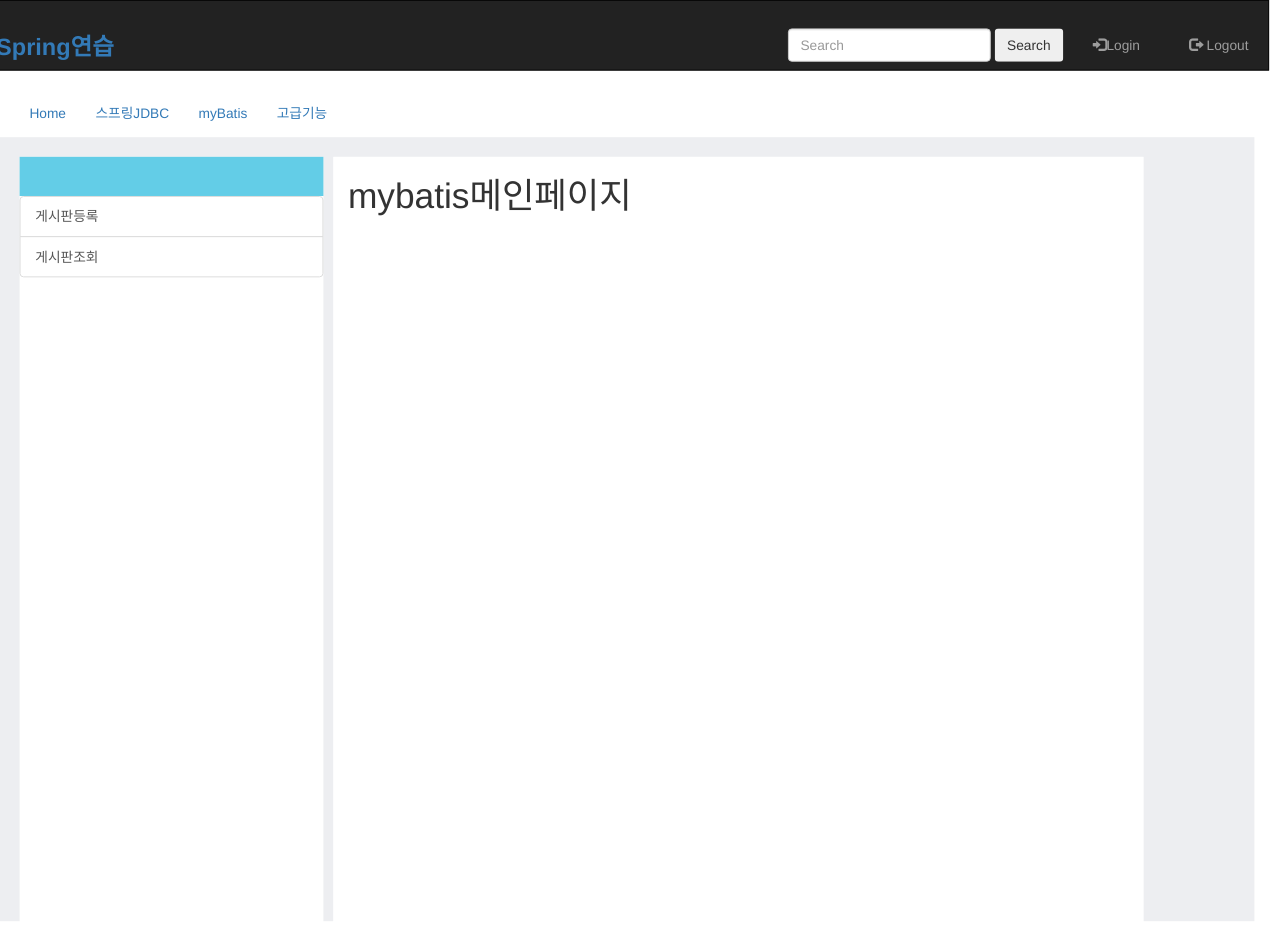
Repository: sonic247897/multicampus-sts
Page: http://localhost/springmvc/template/advancedLayout.jsp
An editor plug-in stored every save of this project. The page is shown before and after the next save, followed by the edit.
The browser window is 1280 px wide. The page is 1309 px wide, so the pictures cover 1309 px, including what lies to the right of the window. The pictures show the whole page, at 98% of full size.
The page is served by Tomcat 9. Other server files are loaded and not shown.

Above is the page before, as saved 2020-01-29 07:21:37.

### springmvc/WebContent/template/advancedLayout.jsp
<%@ page language="java" contentType="text/html; charset=UTF-8"
	pageEncoding="UTF-8"%>
<!DOCTYPE html>
<html>
<head>
<meta charset="UTF-8">
<meta name="viewport" content="width=device-width, initial-scale=1">

<link rel="stylesheet" href="/springmvc/resources/common/css/main.css" />
<link rel="stylesheet"
	href="https://maxcdn.bootstrapcdn.com/bootstrap/3.3.7/css/bootstrap.min.css">
<script
	src="https://ajax.googleapis.com/ajax/libs/jquery/3.3.1/jquery.min.js"></script>
<script
	src="https://maxcdn.bootstrapcdn.com/bootstrap/3.3.7/js/bootstrap.min.js"></script>
<style>
/* Remove the navbar's default margin-bottom and rounded borders */
.navbar {
	margin-bottom: 0;
	border-radius: 0;
}
/*  #toparea{
		padding: 30px;
	}  */
/* body{
		background-color: #edeef1
	} */
</style>
<title>Insert title here</title>
</head>
<body>
	<!-- 첫 번째 row  -->
	<div id="top" class="row">
		<jsp:include page="top.jsp"></jsp:include>

	</div>

	<!-- 두 번째 row -->
	<div style="background-color: #edeef1; padding: 20px; height: 800px">
		<!-- 3:8 화면분할  -->
		<div class="row" style="margin-left: auto; margin-right: auto;">
			<div class="col-sm-3"
				style="background-color: white; margin-right: 10px; padding: 0px">
				<div style="border-color: white; height: 800px;">
					<div
						style="background-color: #63cde7; padding: 20px; font-family: HY-견고딕; font-size: 16pt; color: white; font-weight: bolder;"></div>
					<jsp:include page="../menu/mybatis_menu.jsp"/>
				</div>
			</div>
			<div class="col-sm-8" style="background-color: white; height: 800px;">
				<jsp:include page="../mybatis/main.jsp"/>

			</div>
		</div>
	</div>
</body>
</html>

### springmvc/WebContent/template/top.jsp
<%@ page language="java" contentType="text/html; charset=UTF-8"
	pageEncoding="UTF-8"%>
<!DOCTYPE html>
<html>
<head>
<meta charset="UTF-8">
<meta name="viewport" content="width=device-width, initial-scale=1">
  <link rel="stylesheet" href="/springmvc/resources/common/css/main.css" />
  <link rel="stylesheet" href="https://maxcdn.bootstrapcdn.com/bootstrap/3.3.7/css/bootstrap.min.css">
  <script src="https://ajax.googleapis.com/ajax/libs/jquery/3.3.1/jquery.min.js"></script>
  <script src="https://maxcdn.bootstrapcdn.com/bootstrap/3.3.7/js/bootstrap.min.js"></script>
<style>
	/* Remove the navbar's default margin-bottom and rounded borders */
	.navbar {
		margin-bottom: 0;
		border-radius: 0;
	}
	/*  #toparea{
		padding: 30px;
	}  */
	/* body{
		background-color: #edeef1
	} */
</style>
<title>Insert title here</title>
</head>
<body>

	<div style="height:90px" style="padding:10px">
		<div id="toparea"  class="navbar navbar-inverse">
			<a href="#" style="position:absolute;top:30px;font-size: 18pt; font-weight: bolder;text-decoration: none;padding-left: 10px">Spring연습</a>
			<ul class="nav navbar-nav navbar-right"
			 style="position:relative ;top:20px" >
					<li style="margin-right: 20px;height: 70px">
						<a href="/annotation/view/emp/loginView.do"><span class="glyphicon glyphicon-log-in">
							</span>Login</a></li>
					<li style="margin-right: 20px;height: 70px"><a href="/annotation/emp/logout.do"><span class="glyphicon glyphicon-log-out"></span>
								Logout</a></li>
			</ul>



			<form class="navbar-form pull-right" style="position:relative ;top:20px">
				<input class="form-control mr-sm-2" type="search"
					placeholder="Search" aria-label="Search">
				<button class="btn btn-outline-success my-2 my-sm-0" type="submit">Search</button>

			</form>

		</div>

	</div>
	<nav>
	<div class="container-fluid">
			<div class="collapse navbar-collapse" id="myNavbar">
				<ul class="nav navbar-nav">
					<li class="active"><a href="/annotation/index.do">Home</a></li>
					<li><a href="/annotation/menu/jdbc.do">스프링JDBC</a></li>
					<li><a href="/springmvc/template/mybatisLayout.jsp">myBatis</a></li>
					<li><a href="/annotation/menu/advanced.do">고급기능</a></li>

				</ul>

			</div>
		</div>
	</nav>
</body>
</html>

### springmvc/WebContent/menu/mybatis_menu.jsp
<%@ page language="java" contentType="text/html; charset=UTF-8"
	pageEncoding="UTF-8"%>
<!DOCTYPE html>
<html>
<head>
<meta charset="UTF-8">
<title>Insert title here</title>
</head>
<body>
	<div class="list-group">
		<a href="/annotation/board/insertView.do"	class="list-group-item">게시판등록</a>
		<a href="/annotation/board/list.do?category=all" class="list-group-item">게시판조회</a>

	</div>
</body>
</html>

### springmvc/WebContent/mybatis/main.jsp
<%@ page language="java" contentType="text/html; charset=UTF-8"
    pageEncoding="UTF-8"%>
<!DOCTYPE html>
<html>
<head>
<meta charset="UTF-8">
<title>Insert title here</title>
</head>
<body>
	<h1>mybatis메인페이지</h1>
</body>
</html>

### springmvc/WebContent/common/css/main.css
@CHARSET "EUC-KR";

#banner-wrapper {
	margin-top: 50px;
	margin-left: 30px;
	margin-right: 30px;
}

table{
	border-collapse: collapse;

}
/* td{
	font-size: 9pt;
	border-top-style:solid;
	border-top-color: #dedddf;
	border-top-width: 1px;
	height: 40px;
	border-bottom-color: #dedddf;
	border-bottom-style: solid;
	border-bottom-width: 1px;
} */

th{
	background-color: #dedddf;

}
 .boardContent{
	width: 200px;
	height: 30px;
 }
 .boardDate{
	width: 100px;height: 30px
 }
.boardContent:HOVER {
	color: #63cde7
}

### springmvc/WebContent/menu/advanced_menu.jsp
<%@ page language="java" contentType="text/html; charset=UTF-8"
	pageEncoding="UTF-8"%>
<!DOCTYPE html>
<html>
<head>
<meta charset="UTF-8">
<title>Insert title here</title>
</head>
<body>
	<div class="list-group">
		<a href="/annotation/view/ajaxtest"	class="list-group-item">ajax테스트</a>
		<a href="/annotation/view/ajaxboard"	class="list-group-item">ajax게시판목록</a>
		<a href="/annotation/view/upload" class="list-group-item">파일업로드</a>
		<a href="/annotation/view/i18ntest" class="list-group-item">다국어지원</a>
		<a href="/annotation/view/transinsertView.do" class="list-group-item">트랜잭션처리</a>
		<a href="/annotation/advanced/testCookie.do?id=jang"
							class="list-group-item">쿠키테스트</a>

		<a href="/annotation/advanced/i18ntest.do?lang=ko">한국어</a>&nbsp;&nbsp;&nbsp;
		<a href="/annotation/advanced/i18ntest.do?lang=en">영어</a>&nbsp;&nbsp;&nbsp;
		<a href="/annotation/advanced/i18ntest.do?lang=jp">일본어</a>&nbsp;&nbsp;&nbsp;
	</div>
</body>
</html>

After the next save:
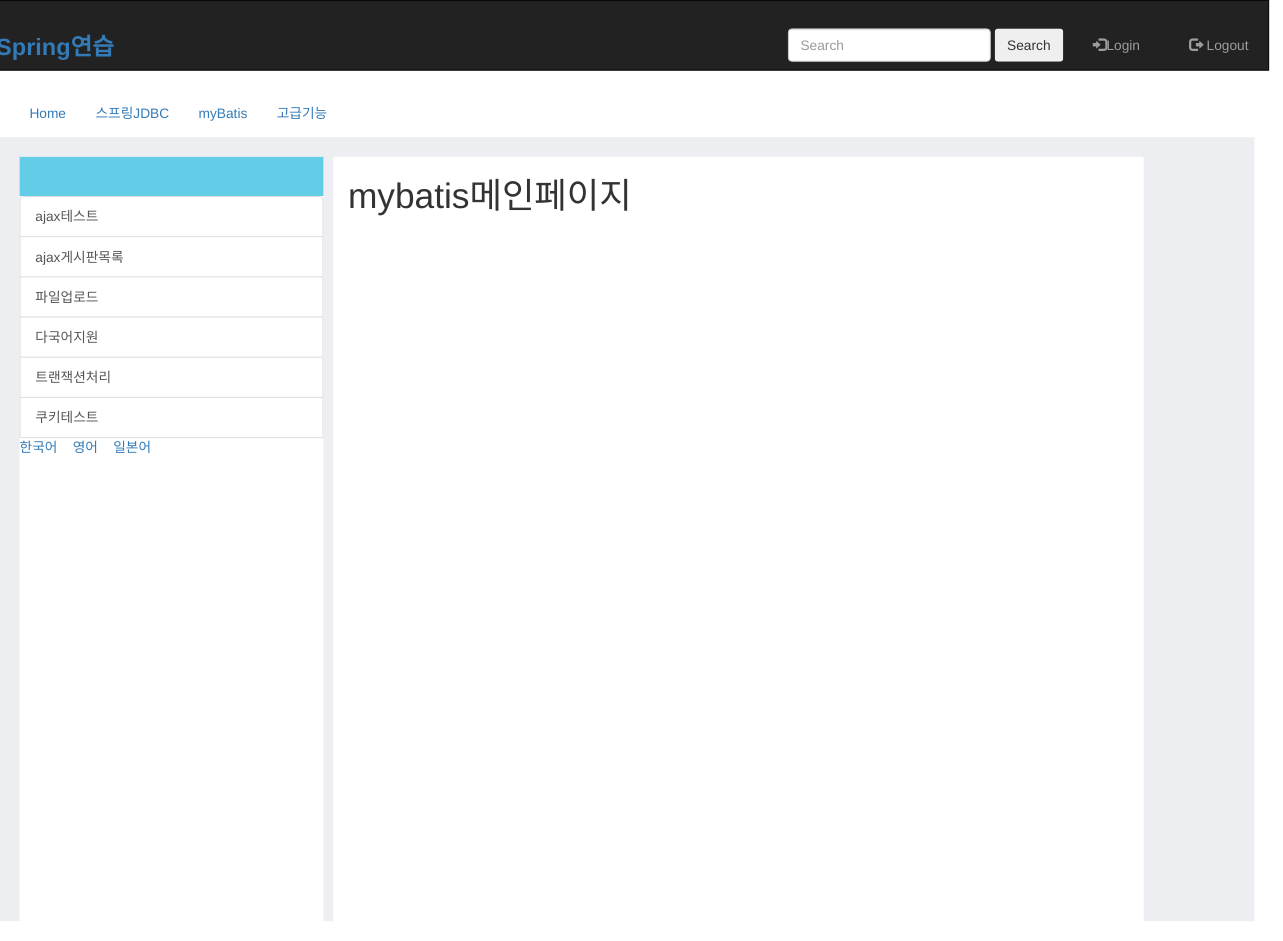
Saved 18 s later.
--- a/springmvc/WebContent/template/advancedLayout.jsp
+++ b/springmvc/WebContent/template/advancedLayout.jsp
@@ -44,7 +44,7 @@
 				<div style="border-color: white; height: 800px;">
 					<div
 						style="background-color: #63cde7; padding: 20px; font-family: HY-견고딕; font-size: 16pt; color: white; font-weight: bolder;"></div>
-					<jsp:include page="../menu/mybatis_menu.jsp"/>
+					<jsp:include page="../menu/advanced_menu.jsp"/>
 				</div>
 			</div>
 			<div class="col-sm-8" style="background-color: white; height: 800px;">
